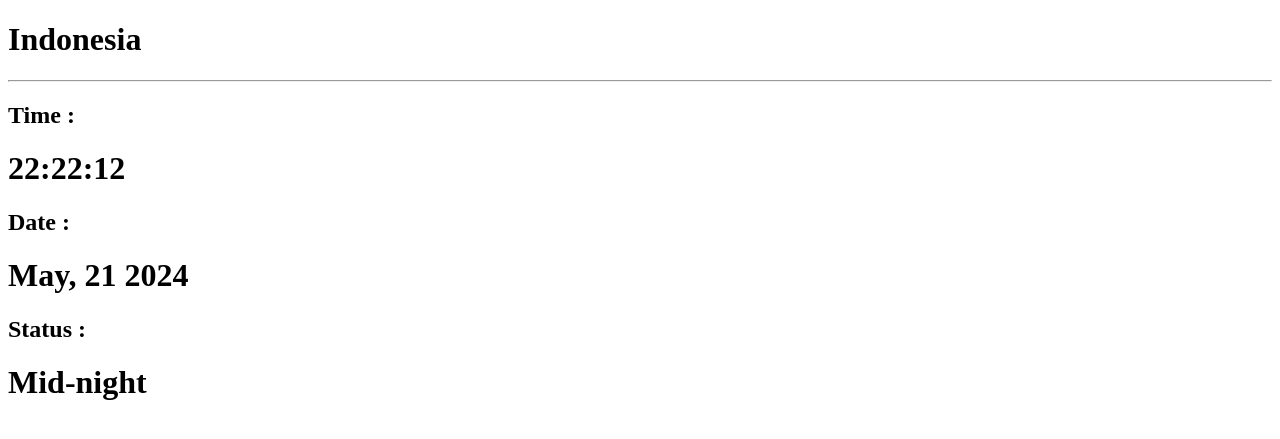
Repository: SnakeXrnt/notion-clock
Page: indonesia.html
These files come from the project's save history. The page is drawn as it stood at one moment and after the next save; the edit follows.
The browser window is 1280 px wide. The pictures show the whole page.

Above is the page before, as saved 2024-05-21 16:04:44.

After the next save:
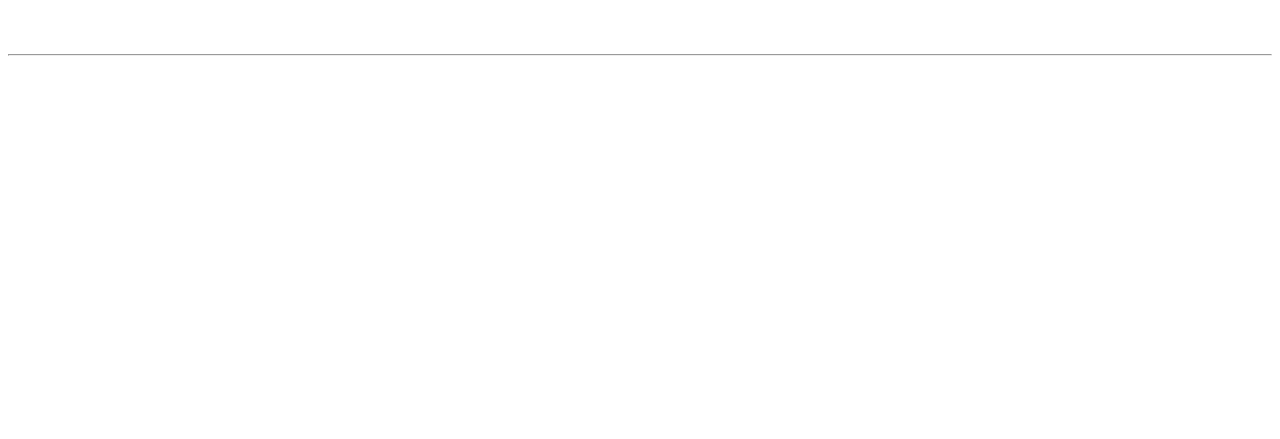
Saved 2 min 8 s later.
--- a/indonesia.html
+++ b/indonesia.html
@@ -8,7 +8,13 @@
     <link rel="preconnect" href="https://fonts.gstatic.com" crossorigin>
     <link href="https://fonts.googleapis.com/css2?family=Fira+Sans:ital,wght@0,100;0,200;0,300;0,400;0,500;0,600;0,700;0,800;0,900;1,100;1,200;1,300;1,400;1,500;1,600;1,700;1,800;1,900&display=swap" rel="stylesheet">
     <style>
-
+        h1, h2, h3 {
+            margin: 0px;
+            font-family: "Fira Sans", sans-serif;
+            font-weight: 400;
+            font-style: normal;
+            color: white;
+        }
     </style>
     <script>
         function updateTime() {
